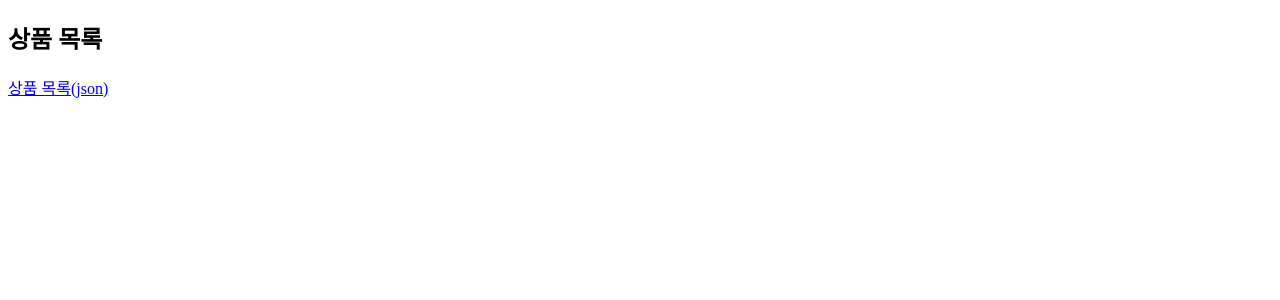
Repository: offbr/Spring
Page: http://localhost/spring_mvc19_json_db/
These files come from the project's save history. The page is drawn as it stood at one moment and after the next save; the edit follows.
The browser window is 1280 px wide. The pictures show the whole page.
The page is served by Tomcat 9. Other server files are loaded and not shown.

Above is the page before, as saved 2016-10-14 01:46:27.

### spring_mvc19_json_db/src/main/webapp/index.jsp
<!DOCTYPE html>

<%@ page language="java" contentType="text/html; charset=UTF-8" pageEncoding="UTF-8"%>

<%@ taglib prefix="c" uri="http://java.sun.com/jsp/jstl/core" %>
<%@ taglib prefix="spring" uri="http://www.springframework.org/tags"%>

<html>
	<head>
		<meta charset="utf-8">
		<title>Welcome</title>
	</head>
	<body>
		<h2>상품 목록</h2>
		<a href="sangpum">상품 목록(json)</a>
	</body>
</html>

After the next save:
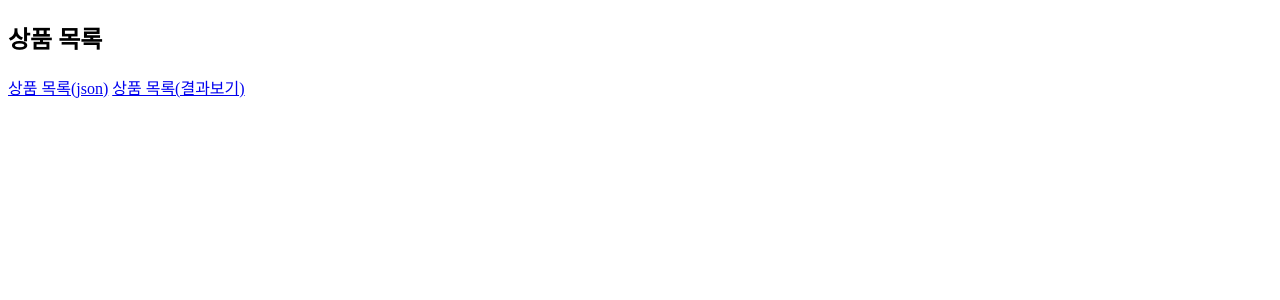
Saved 15 s later.
--- a/spring_mvc19_json_db/src/main/webapp/index.jsp
+++ b/spring_mvc19_json_db/src/main/webapp/index.jsp
@@ -13,5 +13,6 @@
 	<body>
 		<h2>상품 목록</h2>
 		<a href="sangpum">상품 목록(json)</a>
+		<a href="sangpumList.jsp">상품 목록(결과보기)</a>
 	</body>
 </html>
